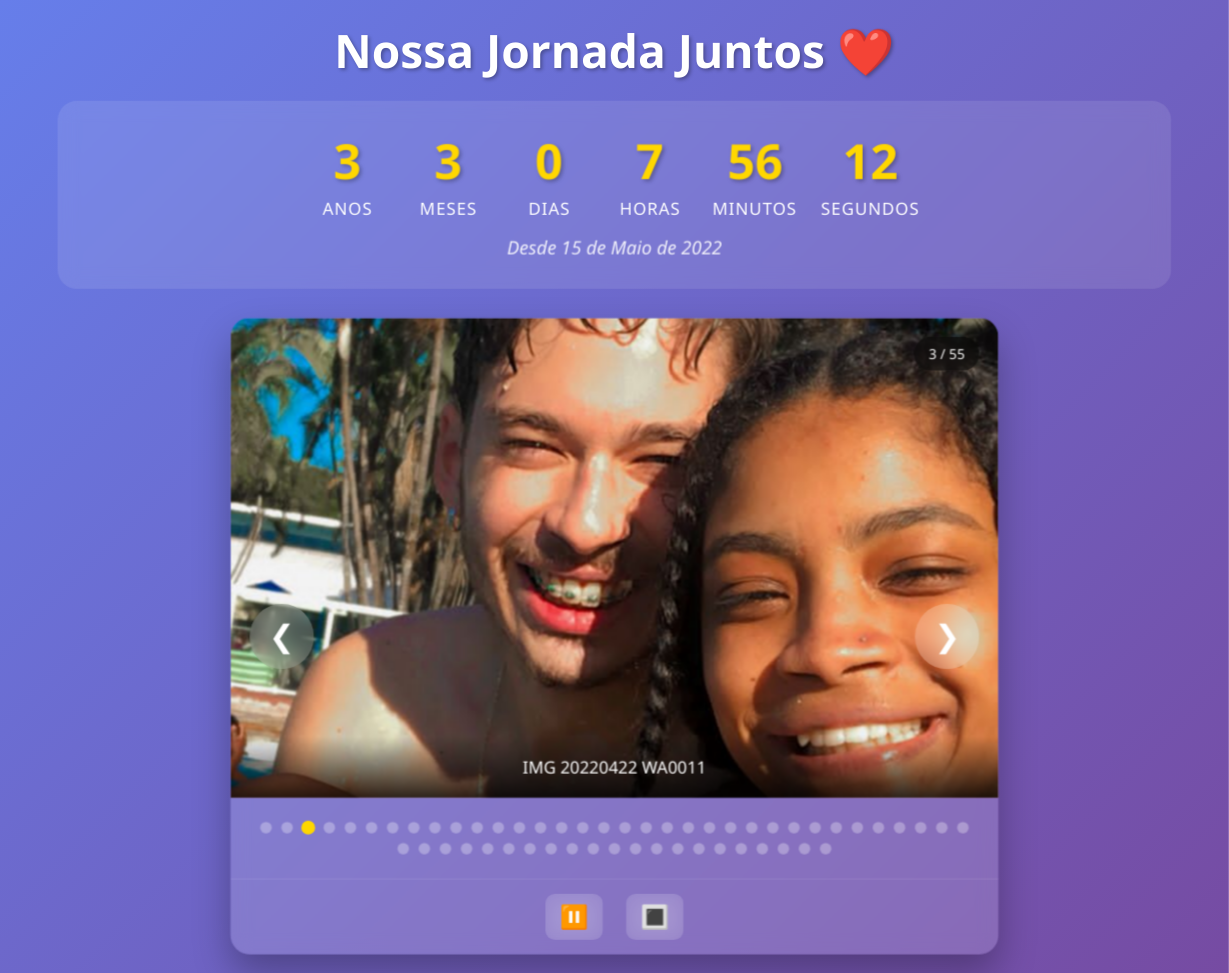
Repository: yan-luca/vic-yan
Page: index.html
These files come from the project's save history. The page is drawn as it stood at one moment and after the next save; the edit follows.
The browser window is 1280 px wide. The pictures show the whole page, at 96% of full size.

Above is the page before, as saved 2025-08-15 00:37:11.

### index.html
<!DOCTYPE html>
<html lang="pt-BR">
<head>
    <meta charset="UTF-8">
    <meta name="viewport" content="width=device-width, initial-scale=1.0">
    <title>Nossa Jornada - Vic & Yan</title>
    <link rel="stylesheet" href="style.css">
</head>
<body>
    <div class="container">
        <header>
            <h1>Nossa Jornada Juntos ❤️</h1>
            <div class="counter-container">
                <div class="counter">
                    <div class="counter-item">
                        <span id="years" class="counter-number">0</span>
                        <span class="counter-label">Anos</span>
                    </div>
                    <div class="counter-item">
                        <span id="months" class="counter-number">0</span>
                        <span class="counter-label">Meses</span>
                    </div>
                    <div class="counter-item">
                        <span id="days" class="counter-number">0</span>
                        <span class="counter-label">Dias</span>
                    </div>
                    <div class="counter-item">
                        <span id="hours" class="counter-number">0</span>
                        <span class="counter-label">Horas</span>
                    </div>
                    <div class="counter-item">
                        <span id="minutes" class="counter-number">0</span>
                        <span class="counter-label">Minutos</span>
                    </div>
                    <div class="counter-item">
                        <span id="seconds" class="counter-number">0</span>
                        <span class="counter-label">Segundos</span>
                    </div>
                </div>
                <p class="start-date">Desde 15 de Maio de 2022</p>
            </div>
        </header>

        <main>
            <div class="slideshow-container">
                <div class="slides-wrapper" id="slidesWrapper">
                    <!-- As imagens serão carregadas dinamicamente aqui -->
                </div>

                <button class="nav-btn prev" id="prevBtn" onclick="changeSlide(-1)">❮</button>
                <button class="nav-btn next" id="nextBtn" onclick="changeSlide(1)">❯</button>

                <div class="slide-counter">
                    <span id="currentSlide">1</span> / <span id="totalSlides">0</span>
                </div>

                <div class="dots-container" id="dotsContainer">
                    <!-- Os pontos indicadores serão criados dinamicamente -->
                </div>

                <div class="controls">
                    <button id="playPauseBtn" onclick="toggleAutoplay()">⏸️</button>
                    <button onclick="toggleFullscreen()">🔳</button>
                </div>
            </div>

            <div class="loading" id="loading">
                <p>Carregando fotos...</p>
            </div>

            <div class="no-images" id="noImages" style="display: none;">
                <h3>📷 Como adicionar suas fotos no GitHub Pages:</h3>
                <div class="instructions">
                    <p><strong>⚠️ Importante:</strong> O GitHub Pages requer lista manual das imagens por segurança.</p>

                    <p><strong>📝 Passo a passo:</strong></p>
                    <ol>
                        <li>Faça upload das suas fotos para a pasta <code>images/</code></li>
                        <li>Abra o arquivo <code>script.js</code> para editar</li>
                        <li>Procure por <code>const imageList = [</code></li>
                        <li>Adicione os nomes das suas fotos:</li>
                    </ol>

                    <div class="code-example">
                        <strong>Exemplo:</strong><br>
                        <code>const imageList = [</code><br>
                        <code>&nbsp;&nbsp;&nbsp;&nbsp;'nossa-primeira-foto.jpg',</code><br>
                        <code>&nbsp;&nbsp;&nbsp;&nbsp;'viagem-praia.png',</code><br>
                        <code>&nbsp;&nbsp;&nbsp;&nbsp;'aniversario-2023.jpeg'</code><br>
                        <code>];</code>
                    </div>

                    <p><strong>🔄 Depois:</strong> Faça commit e push das mudanças</p>
                </div>
                <p class="formats">Formatos suportados: JPG, JPEG, PNG, GIF, WebP</p>
            </div>
        </main>
    </div>

    <script src="script.js"></script>
</body>
</html>

### style.css
* {
    margin: 0;
    padding: 0;
    box-sizing: border-box;
}

body {
    font-family: 'Segoe UI', Tahoma, Geneva, Verdana, sans-serif;
    background: linear-gradient(135deg, #667eea 0%, #764ba2 100%);
    min-height: 100vh;
    color: white;
}

.container {
    max-width: 1200px;
    margin: 0 auto;
    padding: 20px;
}

header {
    text-align: center;
    margin-bottom: 30px;
}

header h1 {
    font-size: 3em;
    margin-bottom: 20px;
    text-shadow: 2px 2px 4px rgba(0,0,0,0.3);
    animation: fadeInUp 1s ease-out;
}

.counter-container {
    background: rgba(255, 255, 255, 0.1);
    backdrop-filter: blur(10px);
    border-radius: 20px;
    padding: 30px;
    margin: 20px 0;
    animation: fadeInUp 1s ease-out 0.3s both;
}

.counter {
    display: flex;
    justify-content: center;
    gap: 25px;
    margin-bottom: 15px;
    flex-wrap: wrap;
}

.counter-item {
    display: flex;
    flex-direction: column;
    align-items: center;
    min-width: 80px;
}

.counter-number {
    font-size: 3em;
    font-weight: bold;
    color: #ffd700;
    text-shadow: 2px 2px 4px rgba(0,0,0,0.3);
    transition: all 0.3s ease;
}

.counter-label {
    font-size: 1.1em;
    text-transform: uppercase;
    letter-spacing: 1px;
    margin-top: 5px;
}

.start-date {
    font-size: 1.2em;
    opacity: 0.9;
    font-style: italic;
}

.slideshow-container {
    position: relative;
    max-width: 800px;
    margin: 0 auto;
    background: rgba(255, 255, 255, 0.1);
    backdrop-filter: blur(10px);
    border-radius: 20px;
    overflow: hidden;
    box-shadow: 0 20px 40px rgba(0,0,0,0.3);
    animation: fadeInUp 1s ease-out 0.6s both;
}

.slides-wrapper {
    position: relative;
    width: 100%;
    height: 500px;
    overflow: hidden;
}

.slide {
    display: none;
    width: 100%;
    height: 100%;
    position: relative;
    animation: fadeIn 0.5s ease-in-out;
}

.slide.active {
    display: block;
}

.slide img {
    width: 100%;
    height: 100%;
    object-fit: cover;
    border-radius: 0;
}

.slide-caption {
    position: absolute;
    bottom: 0;
    left: 0;
    right: 0;
    background: linear-gradient(transparent, rgba(0,0,0,0.8));
    color: white;
    padding: 20px;
    text-align: center;
    font-size: 1.1em;
}

.nav-btn {
    position: absolute;
    top: 50%;
    transform: translateY(-50%);
    background: rgba(255, 255, 255, 0.2);
    border: none;
    color: white;
    font-size: 2em;
    padding: 15px 20px;
    cursor: pointer;
    transition: all 0.3s ease;
    backdrop-filter: blur(10px);
    border-radius: 50%;
    z-index: 10;
}

.nav-btn:hover {
    background: rgba(255, 255, 255, 0.3);
    transform: translateY(-50%) scale(1.1);
}

.prev {
    left: 20px;
}

.next {
    right: 20px;
}

.slide-counter {
    position: absolute;
    top: 20px;
    right: 20px;
    background: rgba(0, 0, 0, 0.5);
    color: white;
    padding: 8px 15px;
    border-radius: 20px;
    font-size: 0.9em;
    backdrop-filter: blur(10px);
}

.dots-container {
    text-align: center;
    padding: 20px;
    background: rgba(255, 255, 255, 0.05);
}

.dot {
    height: 12px;
    width: 12px;
    margin: 0 5px;
    background-color: rgba(255, 255, 255, 0.3);
    border-radius: 50%;
    display: inline-block;
    cursor: pointer;
    transition: all 0.3s ease;
}

.dot.active, .dot:hover {
    background-color: #ffd700;
    transform: scale(1.2);
}

.controls {
    text-align: center;
    padding: 15px;
    background: rgba(255, 255, 255, 0.05);
    border-top: 1px solid rgba(255, 255, 255, 0.1);
}

.controls button {
    background: rgba(255, 255, 255, 0.1);
    border: none;
    color: white;
    font-size: 1.5em;
    padding: 10px 15px;
    margin: 0 10px;
    cursor: pointer;
    border-radius: 10px;
    transition: all 0.3s ease;
    backdrop-filter: blur(10px);
}

.controls button:hover {
    background: rgba(255, 255, 255, 0.2);
    transform: scale(1.1);
}

.loading, .no-images {
    text-align: center;
    padding: 60px 20px;
    font-size: 1.3em;
    background: rgba(255, 255, 255, 0.1);
    backdrop-filter: blur(10px);
    border-radius: 20px;
    max-width: 800px;
    margin: 0 auto;
}

.loading p, .no-images p {
    margin: 10px 0;
}

.no-images h3 {
    color: #ffd700;
    margin-bottom: 20px;
    font-size: 1.5em;
}

.no-images .instructions {
    text-align: left;
    background: rgba(255, 255, 255, 0.05);
    padding: 20px;
    border-radius: 10px;
    margin: 20px 0;
    max-width: 600px;
    margin-left: auto;
    margin-right: auto;
}

.no-images .instructions p {
    margin: 15px 0 10px 0;
    font-weight: bold;
    color: #ffd700;
}

.no-images .instructions ol {
    margin: 10px 0 20px 20px;
    font-size: 0.9em;
}

.no-images .instructions li {
    margin: 8px 0;
    line-height: 1.4;
}

.no-images code {
    background: rgba(255, 255, 255, 0.2);
    padding: 2px 6px;
    border-radius: 4px;
    font-family: 'Courier New', monospace;
    color: #ffd700;
}

.no-images .code-example {
    background: rgba(0, 0, 0, 0.3);
    padding: 15px;
    border-radius: 8px;
    margin: 15px 0;
    border-left: 4px solid #ffd700;
}

.no-images .code-example code {
    background: transparent;
    padding: 0;
    color: #fff;
    font-size: 0.9em;
    line-height: 1.6;
}

.no-images .formats {
    font-size: 0.9em;
    opacity: 0.8;
    font-style: italic;
}

/* Animações */
@keyframes fadeIn {
    from { opacity: 0; }
    to { opacity: 1; }
}

@keyframes fadeInUp {
    from {
        opacity: 0;
        transform: translateY(30px);
    }
    to {
        opacity: 1;
        transform: translateY(0);
    }
}

@keyframes pulse {
    0% { transform: scale(1); }
    50% { transform: scale(1.05); }
    100% { transform: scale(1); }
}

.counter-number {
    animation: pulse 2s infinite;
}

/* Responsividade */
@media (max-width: 768px) {
    header h1 {
        font-size: 2em;
    }

    .counter {
        gap: 15px;
        justify-content: space-around;
    }

    .counter-item {
        min-width: 60px;
    }

    .counter-number {
        font-size: 1.8em;
    }

    .counter-label {
        font-size: 0.9em;
    }

    .slides-wrapper {
        height: 300px;
    }

    .nav-btn {
        font-size: 1.5em;
        padding: 10px 15px;
    }

    .prev {
        left: 10px;
    }

    .next {
        right: 10px;
    }
}

@media (max-width: 480px) {
    .container {
        padding: 10px;
    }

    .counter-container {
        padding: 20px;
    }

    .counter {
        gap: 10px;
        justify-content: space-around;
    }

    .counter-item {
        min-width: 50px;
    }

    .counter-number {
        font-size: 1.5em;
    }

    .counter-label {
        font-size: 0.8em;
    }

    .slides-wrapper {
        height: 250px;
    }
}

/* Modo fullscreen */
.slideshow-container.fullscreen {
    position: fixed;
    top: 0;
    left: 0;
    width: 100vw;
    height: 100vh;
    max-width: none;
    z-index: 1000;
    border-radius: 0;
}

.slideshow-container.fullscreen .slides-wrapper {
    height: 100vh;
}

.slideshow-container.fullscreen .slide img {
    object-fit: contain;
}

### script.js
// Configurações
const startDate = new Date('2022-05-15T00:00:00-03:00'); // Horário de Brasília (UTC-3)
let currentSlideIndex = 0;
let slides = [];
let isAutoplay = true;
let autoplayInterval;
const autoplayDelay = 2000; // 2 segundos

// Formatos de imagem suportados
const imageFormats = ['jpg', 'jpeg', 'png', 'gif', 'webp'];

// IMPORTANTE: No GitHub Pages, você DEVE listar manualmente suas imagens aqui
// O GitHub Pages não permite descoberta automática de arquivos por segurança
const imageList = [
    // Suas fotos (organizadas cronologicamente):
    '20220330_205428.jpg',
    'IMG-20220412-WA0014.jpg',
    'IMG-20220422-WA0011.jpg',
    'IMG-20220424-WA0016.jpg',
    'IMG-20220501-WA0048.jpg',
    'IMG-20220610-WA0003.jpg',
    'IMG-20220619-WA0008.jpg',
    'IMG-20220626-WA0062.jpg',
    'IMG-20220626-WA0071.jpg',
    'IMG-20220724-WA0056.jpg',
    'IMG-20220818-WA0011.jpg',
    '20220912_113155.jpg',
    '20220912_141717.jpg',
    'IMG-20220925-WA0011.jpg',
    'IMG-20221030-WA0012.jpg',
    'IMG-20221201-WA0009.jpg',
    'IMG-20221203-WA0001.jpg',
    '20230128_180709.jpg',
    'IMG-20230216-WA0000.jpg',
    '20230506_192135.jpg',
    '20230521_122653.jpg',
    '20230603_172531.jpg',
    '20230608_000824.jpg',
    '20230707_173940.jpg',
    '20230714_174535.jpg',
    '20230714_174624(0).jpg',
    '20230714_175502.jpg',
    '20230715_223103.jpg',
    '20230716_163837.jpg',
    '20230716_164612.jpg',
    '20230822_182113.jpg',
    '20230823_160356.jpg',
    '20230917_160911.jpg',
    '20230917_164506.jpg',
    '20230928_182321.jpg',
    '20231224_211740.jpg',
    '20240215_161409.jpg',
    '20240215_163658.jpg',
    '20240215_164804.jpg',
    '20240510_144636.jpg',
    'Screenshot_20240515_131250_Photos.jpg',
    'Screenshot_20240515_131302_Photos.jpg',
    '20240612_190503.jpg',
    '20240615_191854.jpg',
    '20240817_175401.jpg',
    '20240817_175604.jpg',
    '20240824_204941.jpg',
    '20240924_184110.jpg',
    '20240924_184135.jpg',
    '20241025_224054.jpg',
    '20241201_185904.jpg',
    '20250322_204125.jpg',
    '20250522_200536.jpg',
    '20250612_185640.jpg',
    '20250716_202833.jpg'

    // ⚠️  ATENÇÃO: Se deixar vazio, a página mostrará as instruções de como adicionar fotos
];

// Inicialização
document.addEventListener('DOMContentLoaded', function() {
    updateCounter();
    loadImages();

    // Atualizar contador a cada segundo
    setInterval(updateCounter, 1000);

    // Controles de teclado
    document.addEventListener('keydown', handleKeyPress);
});

// Função para atualizar o contador de tempo
function updateCounter() {
    const now = new Date();
    const diff = now - startDate;

    const years = Math.floor(diff / (365.25 * 24 * 60 * 60 * 1000));
    const months = Math.floor((diff % (365.25 * 24 * 60 * 60 * 1000)) / (30.44 * 24 * 60 * 60 * 1000));
    const days = Math.floor((diff % (30.44 * 24 * 60 * 60 * 1000)) / (24 * 60 * 60 * 1000));
    const hours = Math.floor((diff % (24 * 60 * 60 * 1000)) / (60 * 60 * 1000));
    const minutes = Math.floor((diff % (60 * 60 * 1000)) / (60 * 1000));
    const seconds = Math.floor((diff % (60 * 1000)) / 1000);

    document.getElementById('years').textContent = years;
    document.getElementById('months').textContent = months;
    document.getElementById('days').textContent = days;
    document.getElementById('hours').textContent = hours;
    document.getElementById('minutes').textContent = minutes;
    document.getElementById('seconds').textContent = seconds;
}

// Função para carregar imagens
async function loadImages() {
    const slidesWrapper = document.getElementById('slidesWrapper');
    const loading = document.getElementById('loading');
    const noImages = document.getElementById('noImages');

    try {
        // No GitHub Pages, só funciona com lista manual
        if (imageList.length === 0) {
            loading.style.display = 'none';
            noImages.style.display = 'block';
            return;
        }

        // Carregar e validar imagens da lista manual
        for (const imageName of imageList) {
            await loadImage(imageName);
        }

        if (slides.length === 0) {
            loading.style.display = 'none';
            noImages.style.display = 'block';
            return;
        }

        loading.style.display = 'none';
        setupSlideshow();

    } catch (error) {
        console.error('Erro ao carregar imagens:', error);
        loading.style.display = 'none';
        noImages.style.display = 'block';
    }
}

// Função para carregar uma imagem específica
function loadImage(imageName) {
    return new Promise((resolve) => {
        const img = new Image();

        img.onload = function() {
            slides.push({
                src: `images/${imageName}`,
                name: imageName,
                caption: getImageCaption(imageName)
            });
            resolve();
        };

        img.onerror = function() {
            console.warn(`❌ Imagem não encontrada: images/${imageName}`);
            console.warn('💡 Verifique se o nome está correto e se o arquivo existe na pasta images/');
            resolve();
        };

        img.src = `images/${imageName}`;
    });
}

// Função para gerar legenda da imagem
function getImageCaption(imageName) {
    // Remove a extensão e formata o nome
    const nameWithoutExtension = imageName.replace(/\.[^/.]+$/, "");
    return nameWithoutExtension.replace(/[_-]/g, ' ').replace(/^\w/, c => c.toUpperCase());
}

// Função para configurar o slideshow
function setupSlideshow() {
    const slidesWrapper = document.getElementById('slidesWrapper');
    const dotsContainer = document.getElementById('dotsContainer');

    // Limpar conteúdo existente
    slidesWrapper.innerHTML = '';
    dotsContainer.innerHTML = '';

    // Criar slides
    slides.forEach((slide, index) => {
        // Criar slide
        const slideDiv = document.createElement('div');
        slideDiv.className = 'slide';
        slideDiv.innerHTML = `
            <img src="${slide.src}" alt="${slide.caption}" loading="lazy">
            <div class="slide-caption">${slide.caption}</div>
        `;
        slidesWrapper.appendChild(slideDiv);

        // Criar dot
        const dot = document.createElement('span');
        dot.className = 'dot';
        dot.onclick = () => goToSlide(index);
        dotsContainer.appendChild(dot);
    });

    // Atualizar contador total
    document.getElementById('totalSlides').textContent = slides.length;

    // Mostrar primeiro slide
    showSlide(0);

    // Iniciar autoplay
    if (isAutoplay) {
        startAutoplay();
    }
}

// Função para mostrar slide específico
function showSlide(index) {
    const slideElements = document.querySelectorAll('.slide');
    const dots = document.querySelectorAll('.dot');

    // Esconder todos os slides
    slideElements.forEach(slide => slide.classList.remove('active'));
    dots.forEach(dot => dot.classList.remove('active'));

    // Mostrar slide atual
    if (slideElements[index]) {
        slideElements[index].classList.add('active');
        dots[index].classList.add('active');
    }

    currentSlideIndex = index;
    document.getElementById('currentSlide').textContent = index + 1;
}

// Função para ir para slide específico
function goToSlide(index) {
    showSlide(index);
    restartAutoplay();
}

// Função para mudar slide
function changeSlide(direction) {
    const newIndex = currentSlideIndex + direction;

    if (newIndex >= slides.length) {
        showSlide(0);
    } else if (newIndex < 0) {
        showSlide(slides.length - 1);
    } else {
        showSlide(newIndex);
    }

    restartAutoplay();
}

// Função para iniciar autoplay
function startAutoplay() {
    if (slides.length <= 1) return;

    autoplayInterval = setInterval(() => {
        changeSlide(1);
    }, autoplayDelay);
}

// Função para parar autoplay
function stopAutoplay() {
    if (autoplayInterval) {
        clearInterval(autoplayInterval);
        autoplayInterval = null;
    }
}

// Função para reiniciar autoplay
function restartAutoplay() {
    stopAutoplay();
    if (isAutoplay) {
        startAutoplay();
    }
}

// Função para alternar autoplay
function toggleAutoplay() {
    isAutoplay = !isAutoplay;
    const button = document.getElementById('playPauseBtn');

    if (isAutoplay) {
        startAutoplay();
        button.textContent = '⏸️';
    } else {
        stopAutoplay();
        button.textContent = '▶️';
    }
}

// Função para alternar fullscreen
function toggleFullscreen() {
    const slideshow = document.querySelector('.slideshow-container');

    if (!document.fullscreenElement) {
        slideshow.requestFullscreen().catch(err => {
            console.log(`Erro ao entrar em fullscreen: ${err.message}`);
        });
        slideshow.classList.add('fullscreen');
    } else {
        document.exitFullscreen();
        slideshow.classList.remove('fullscreen');
    }
}

// Função para lidar com teclas pressionadas
function handleKeyPress(e) {
    switch(e.key) {
        case 'ArrowLeft':
            changeSlide(-1);
            break;
        case 'ArrowRight':
            changeSlide(1);
            break;
        case ' ':
            e.preventDefault();
            toggleAutoplay();
            break;
        case 'f':
        case 'F':
            toggleFullscreen();
            break;
        case 'Escape':
            if (document.fullscreenElement) {
                document.exitFullscreen();
                document.querySelector('.slideshow-container').classList.remove('fullscreen');
            }
            break;
    }
}

// Detectar saída do fullscreen
document.addEventListener('fullscreenchange', () => {
    const slideshow = document.querySelector('.slideshow-container');
    if (!document.fullscreenElement) {
        slideshow.classList.remove('fullscreen');
    }
});

// Pausar autoplay quando a aba não estiver ativa
document.addEventListener('visibilitychange', () => {
    if (document.hidden) {
        stopAutoplay();
    } else if (isAutoplay) {
        startAutoplay();
    }
});

// Pausar autoplay ao passar o mouse sobre o slideshow
document.addEventListener('DOMContentLoaded', function() {
    const slideshow = document.querySelector('.slideshow-container');

    slideshow.addEventListener('mouseenter', () => {
        if (isAutoplay) stopAutoplay();
    });

    slideshow.addEventListener('mouseleave', () => {
        if (isAutoplay) startAutoplay();
    });
});

After the next save:
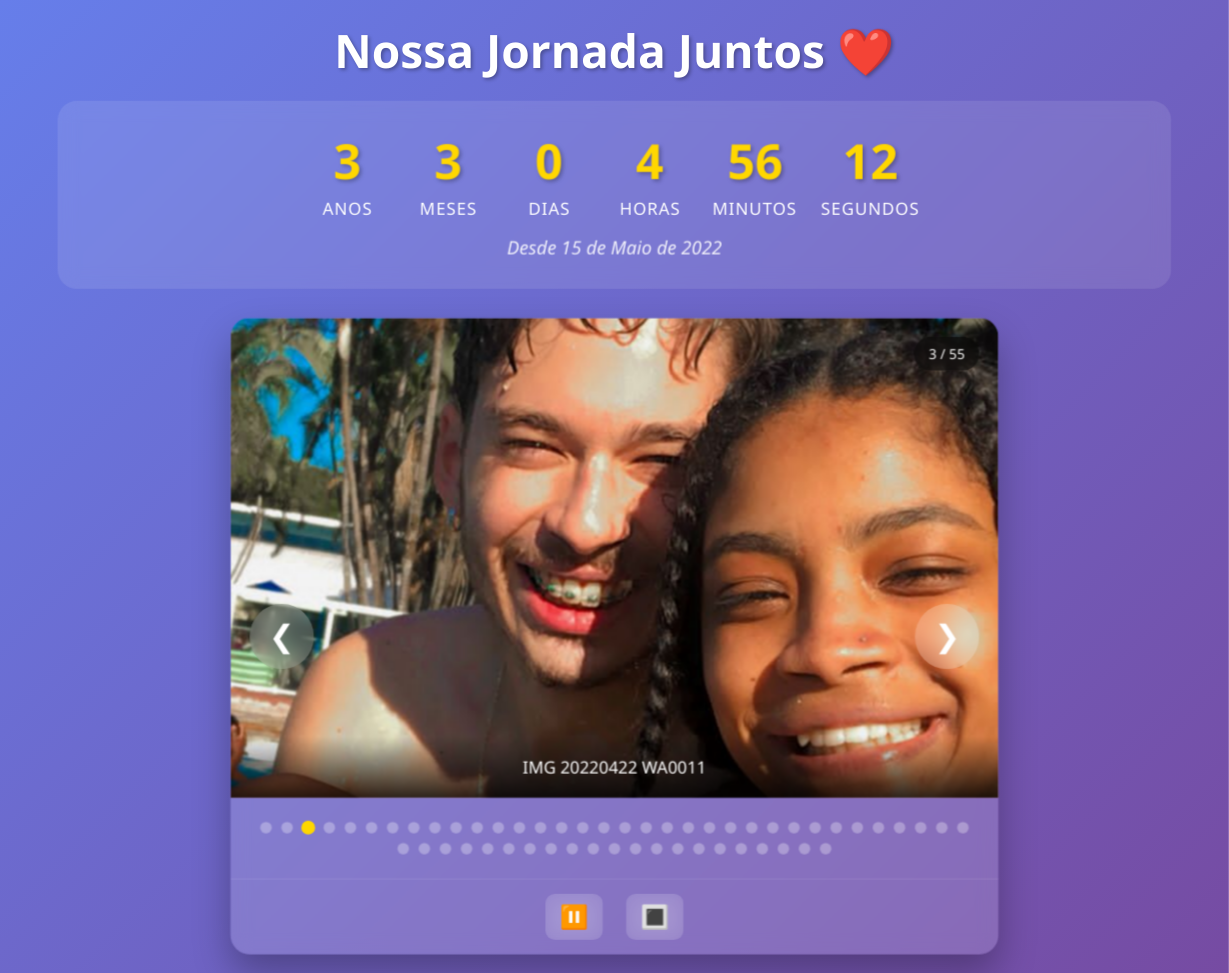
Saved 13 s later.
--- a/script.js
+++ b/script.js
@@ -86,8 +86,11 @@ document.addEventListener('DOMContentLoaded', function() {
 
 // Função para atualizar o contador de tempo
 function updateCounter() {
+    // Obter horário atual de Brasília (UTC-3)
     const now = new Date();
-    const diff = now - startDate;
+    const brasiliaTime = new Date(now.getTime() - (now.getTimezoneOffset() * 60000) - (3 * 60 * 60 * 1000));
+
+    const diff = brasiliaTime - startDate;
 
     const years = Math.floor(diff / (365.25 * 24 * 60 * 60 * 1000));
     const months = Math.floor((diff % (365.25 * 24 * 60 * 60 * 1000)) / (30.44 * 24 * 60 * 60 * 1000));
